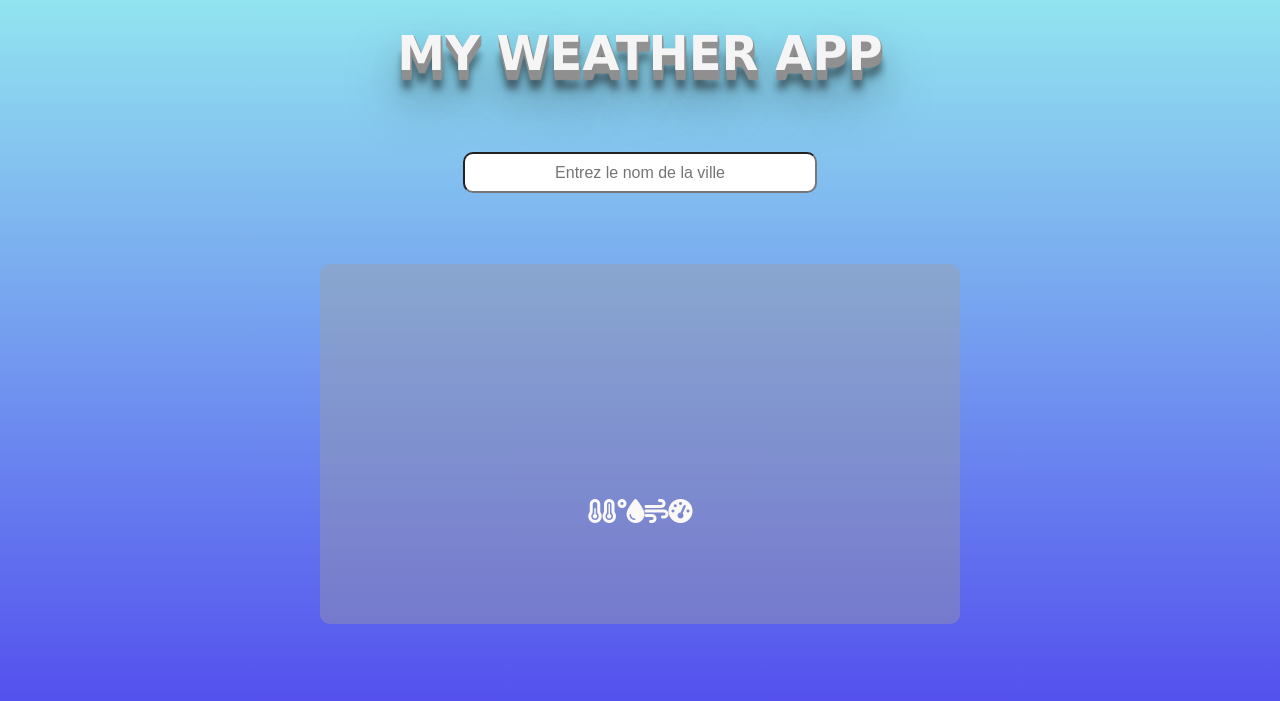
Repository: JeffnyAugustin/MyWeatherApp
Page: index.html
An editor plug-in stored every save of this project. The page is shown before and after a run of saves, followed by the edit.
The browser window is 1280 px wide. The pictures show the whole page.

Above is the page before, as saved 2023-11-15 17:40:49.

After the next 2 saves:
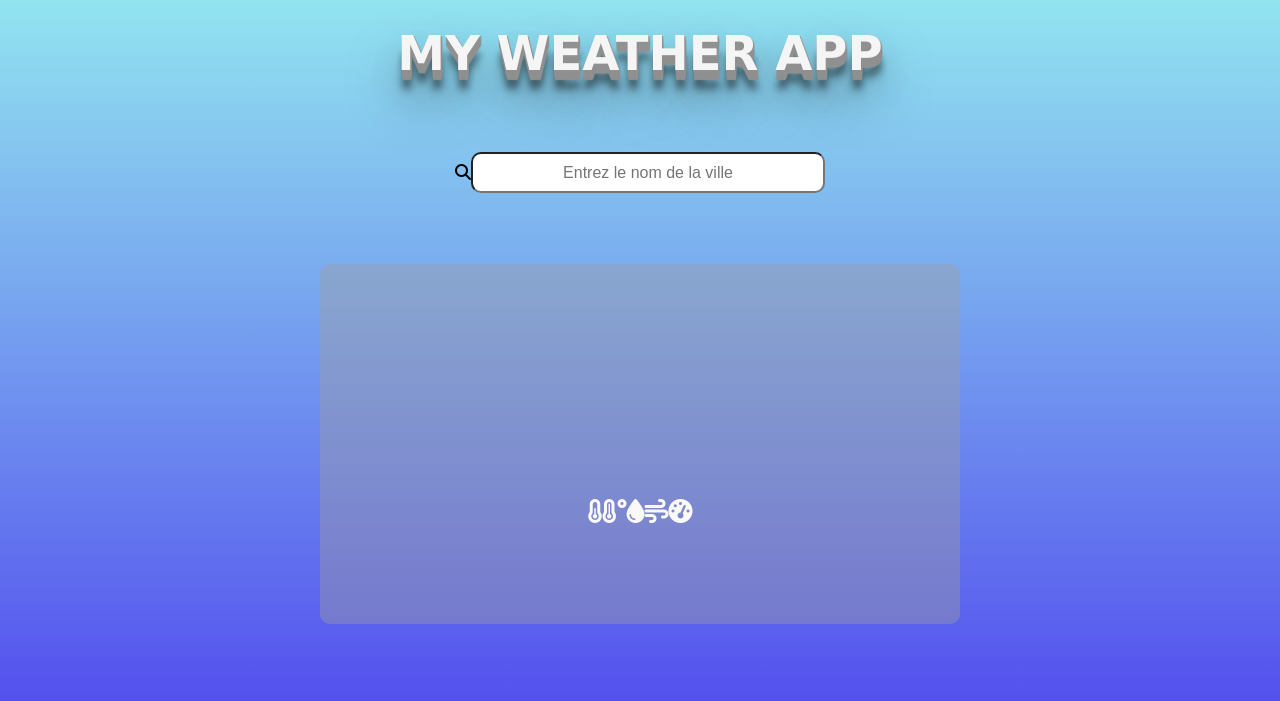
The 2 saves are shown as one change because they came seconds apart.
The last was saved 96 s later.
--- a/js/script.js
+++ b/js/script.js
@@ -32,7 +32,7 @@ inputSearch.placeholder = "Entrez le nom de la ville"; // Ajout du placeholder
 // Ajoutez cette ligne pour ajouter l'icône de loupe à la barre de recherche
 const searchIcon = document.createElement("i");
 searchIcon.className = "fa-solid fa-magnifying-glass";
-inputSearch.appendChild(searchIcon);
+searchDiv.appendChild(searchIcon);
 
 
 // Création de div
